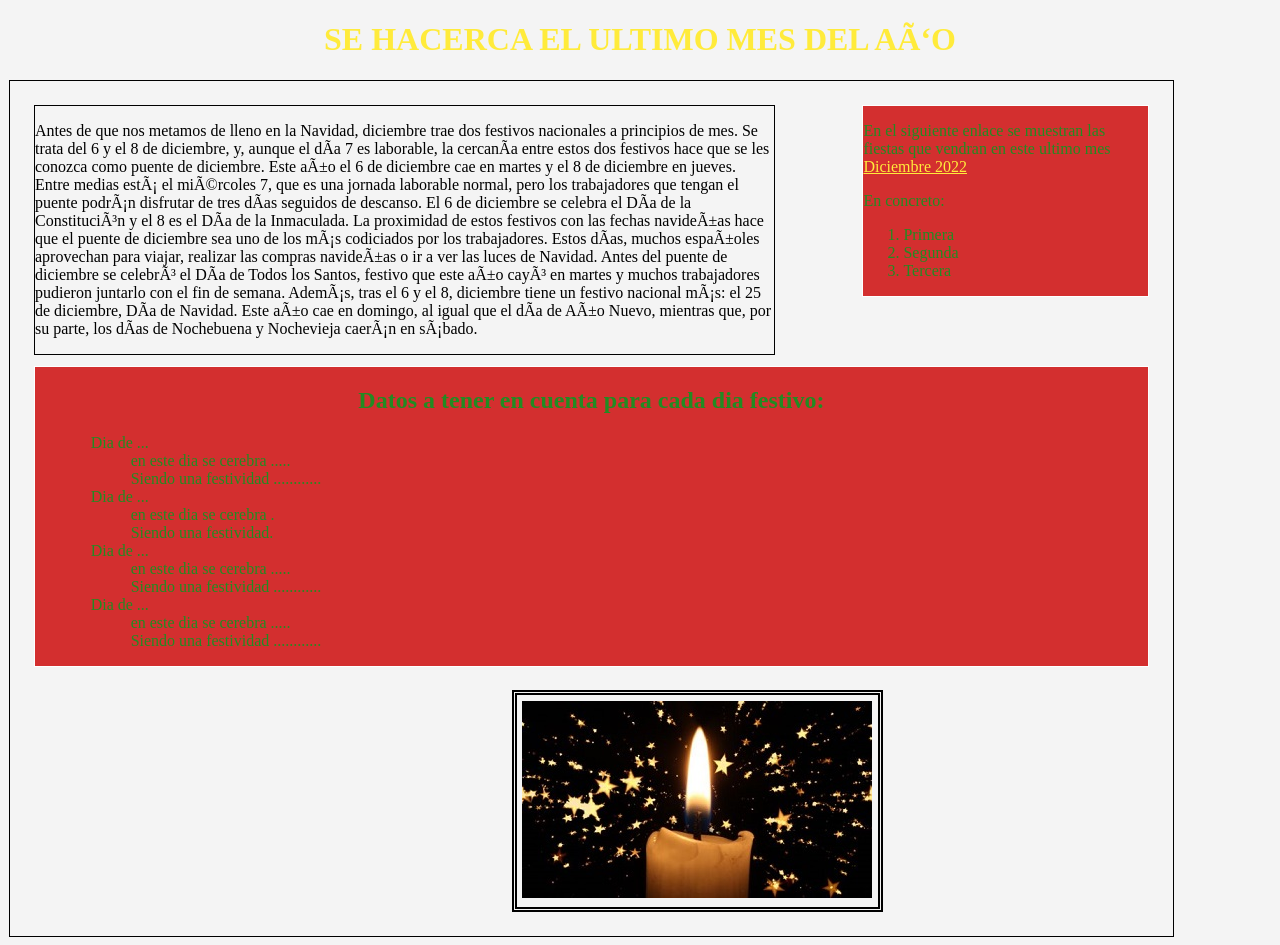
Repository: demoniers/clase
Page: lenguajes/examen2/src/index.html
These files come from the project's save history. The page is drawn as it stood at one moment and after the next save; the edit follows.
The browser window is 1280 px wide. The pictures show the whole page.

Above is the page before, as saved 2024-11-06 13:49:48.

### lenguajes/examen2/src/index.html
<!DOCTYPE html>
<html>
  <head>
    <title>¡Festivos Fin de Año!</title>
    <link rel="stylesheet" href="../style/style.css" />
    <meta name="author" content="Diego" />
    <meta name="description" content="¡Festivos Fin de Año!" />
    <meta name="Date" content="06/11/2024"/>
    <meta name="keywords" content="Festivo, Fiesta"/>
    <meta charset="ISO 8859-1">
    <meta lang="ES, FR, IT">
  </head>

  <body>
    <h1 class="center">SE HACERCA EL ULTIMO MES DEL AÑO</h1>
    <div id="container">
      <div class="c65" >
        <p>Antes de que nos metamos de lleno en la Navidad, diciembre trae dos festivos nacionales a principios
          de mes. Se trata del 6 y el 8 de diciembre, y, aunque el día 7 es laborable, la cercanía entre estos dos
          festivos hace que se les conozca como puente de diciembre. Este año el 6 de diciembre cae en martes y
          el 8 de diciembre en jueves. Entre medias está el miércoles 7, que es una jornada laborable normal,
          pero los trabajadores que tengan el puente podrán disfrutar de tres días seguidos de descanso. El 6 de
          diciembre se celebra el Día de la Constitución y el 8 es el Día de la Inmaculada. La proximidad de estos
          festivos con las fechas navideñas hace que el puente de diciembre sea uno de los más codiciados por los
          trabajadores. Estos días, muchos españoles aprovechan para viajar, realizar las compras navideñas o ir a
          ver las luces de Navidad. Antes del puente de diciembre se celebró el Día de Todos los Santos, festivo
          que este año cayó en martes y muchos trabajadores pudieron juntarlo con el fin de semana. Además,
          tras el 6 y el 8, diciembre tiene un festivo nacional más: el 25 de diciembre, Día de Navidad. Este año
          cae en domingo, al igual que el día de Año Nuevo, mientras que, por su parte, los días de Nochebuena y
          Nochevieja caerán en sábado.
          </p>
      </div>
      <div class="c25" >
        <p>En el siguiente enlace se muestran las fiestas que vendran en este ultimo mes <a href="calendarioFestivos.html" target="_blank">Diciembre 2022</a></p>
        <p>En concreto:</p>
        <ol>
          <li>Primera</li>
          <li>Segunda</li>
          <li>Tercera</li>
        </ol>
      </div>
      <div class="cc" >
        <h2 class="center">Datos a tener en cuenta para cada dia festivo:</h2>
        <dl>
          <dt>Dia de ...</dt>
          <dd>en este dia se cerebra .....</dd>
          <dd>Siendo una festividad ............</dd>
          <dt>Dia de ...</dt>
          <dd>en este dia se cerebra .</dd>
          <dd>Siendo una festividad.</dd>
          <dt>Dia de ...</dt>
          <dd>en este dia se cerebra .....</dd>
          <dd>Siendo una festividad ............</dd>
          <dt>Dia de ...</dt>
          <dd>en este dia se cerebra .....</dd>
          <dd>Siendo una festividad ............</dd>
        </dl>
      </div>
      <div class="cimg" >
        <img src="../img/navidad.jpg">
      </div>
      <p class="fin"></p>
    </div>
  </body>
</html>

### lenguajes/examen2/style/style.css
body {
    background-color: #f4f4f4;
}
.center {
    text-align: center;
}
#container {
    border: 1px solid black;
    padding: 1%;
    margin: 1px;
    height: 9s0%;
    width: 90%;
}
.c65{
    float: left;
    width: 65%;
    border: 1px solid black;
}
.c25{
    float: right;
    width: 25%;
    border: 1px solid white;
    background-color: #D32F2F;
    color: #228B22;
}
div {
    margin: 1%;
}
a, h1 {
    color: #FFEB3B;
}
.cc {
    clear: both;
    border: 1px solid white;
    background-color: #D32F2F;
    color: #228B22;
}
dl {
    margin-left: 5%;
}
.cimg {
    float: left;
    margin-left: 43%;
    border: 5px double black;
    padding: 0.5%;
}
.fin {
    clear:both;
}
.cenimg {
    margin-left: 25%;
    float: left;
}

After the next save:
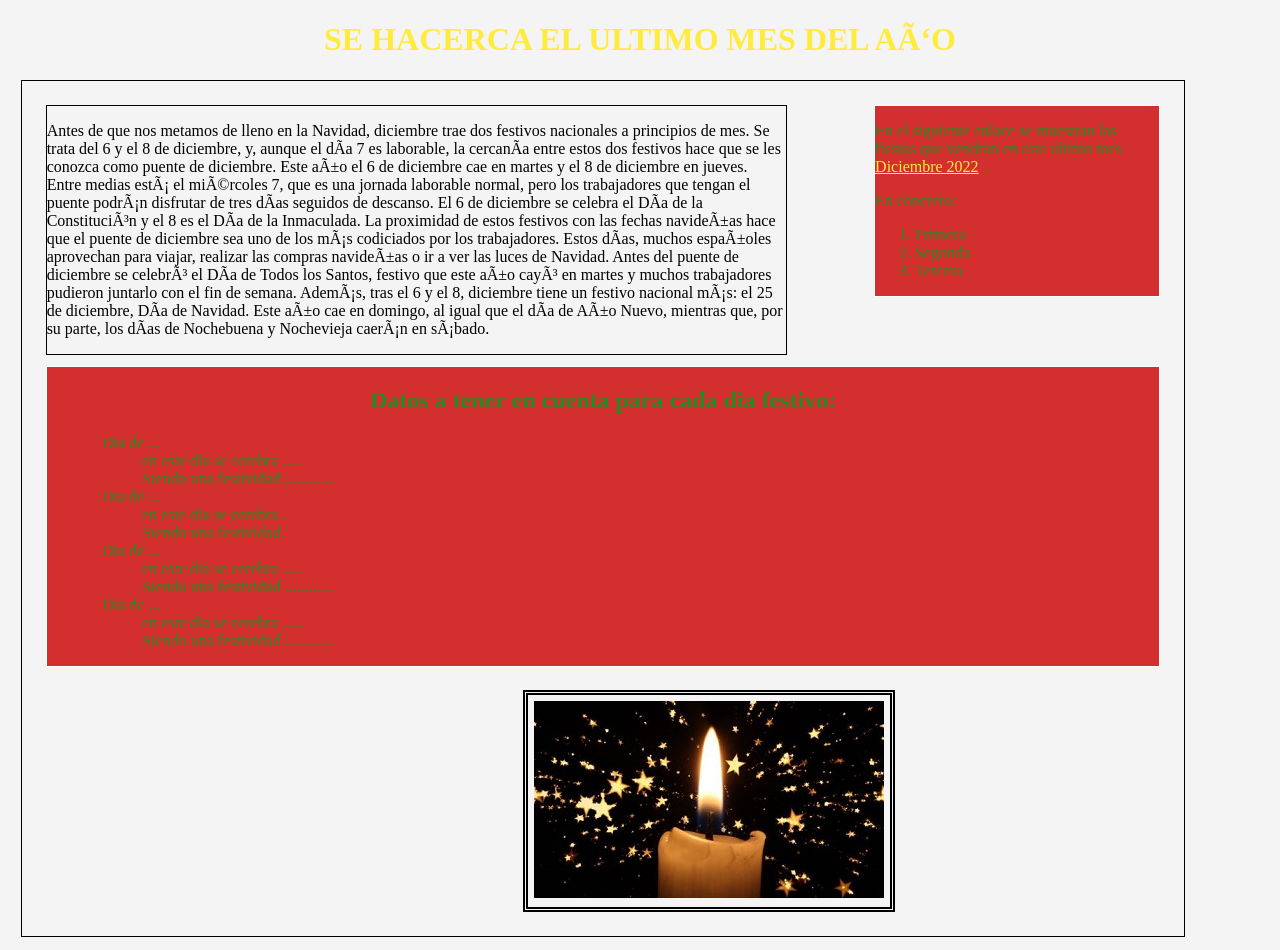
Saved 60 s later.
--- a/lenguajes/examen2/style/style.css
+++ b/lenguajes/examen2/style/style.css
@@ -7,7 +7,7 @@
 #container {
     border: 1px solid black;
     padding: 1%;
-    margin: 1px;
+    margin: 0%, 25%,0%,25% ;
     height: 9s0%;
     width: 90%;
 }
